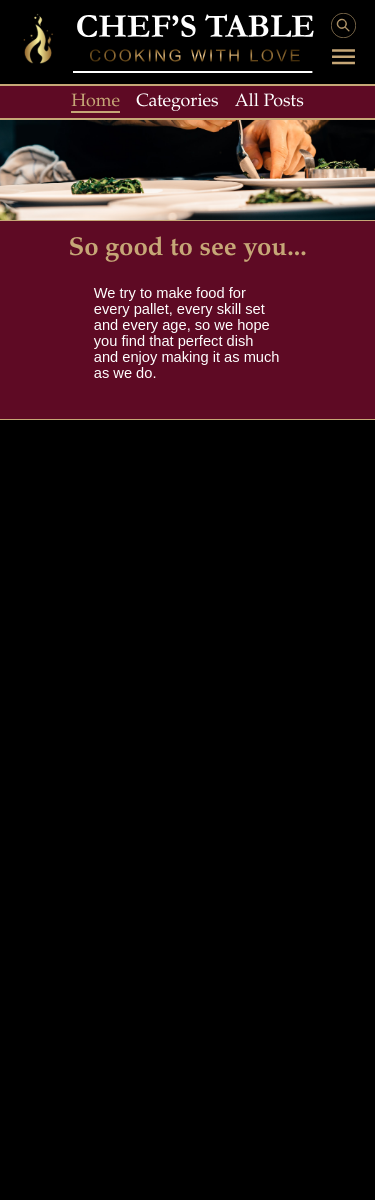
Repository: Noroff-FEU-Assignments/project-exam-1-runeunhjem
Page: index.html
These files come from the project's save history. The page is drawn as it stood at one moment and after the next save; the edit follows.
The browser window is 375 px wide. The pictures show the whole page.
The page's requests for data from a server got no answer.

Above is the page before, as saved 2023-05-01 13:54:48.

After the next save:
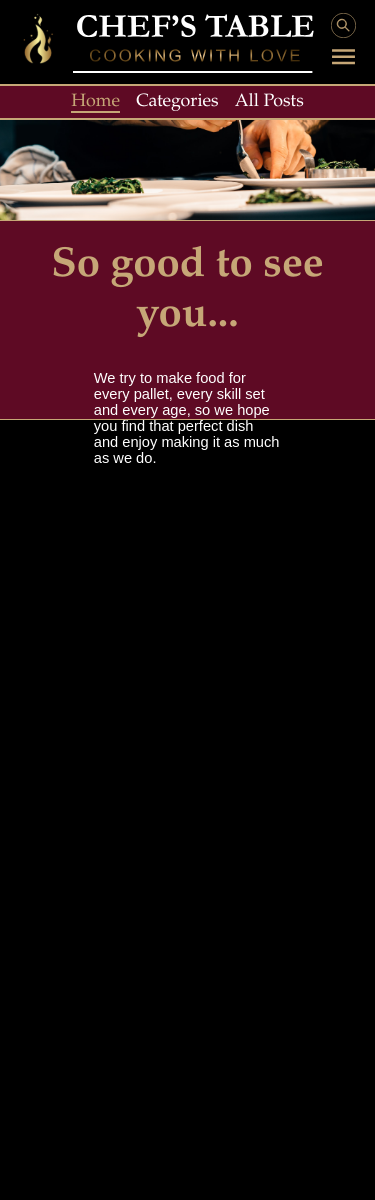
Saved 11 s later.
--- a/css/styles.css
+++ b/css/styles.css
@@ -196,7 +196,7 @@ main {
 .so-god-to-see-you {
   margin: 0.5em auto;
   font-family: var(--font-family-elegant);
-  font-size: calc(1.5rem + 0.5vw);
+  font-size: calc(2.5rem + 0.5vw);
   color: var(--color-gold);
 }
 
@@ -285,4 +285,4 @@ main {
     background-image: url(../images/hero-image.png);
     height: 100px;
   }
-}/*# sourceMappingURL=styles_20230501135448.css.map */
+}/*# sourceMappingURL=styles_20230501135459.css.map */
